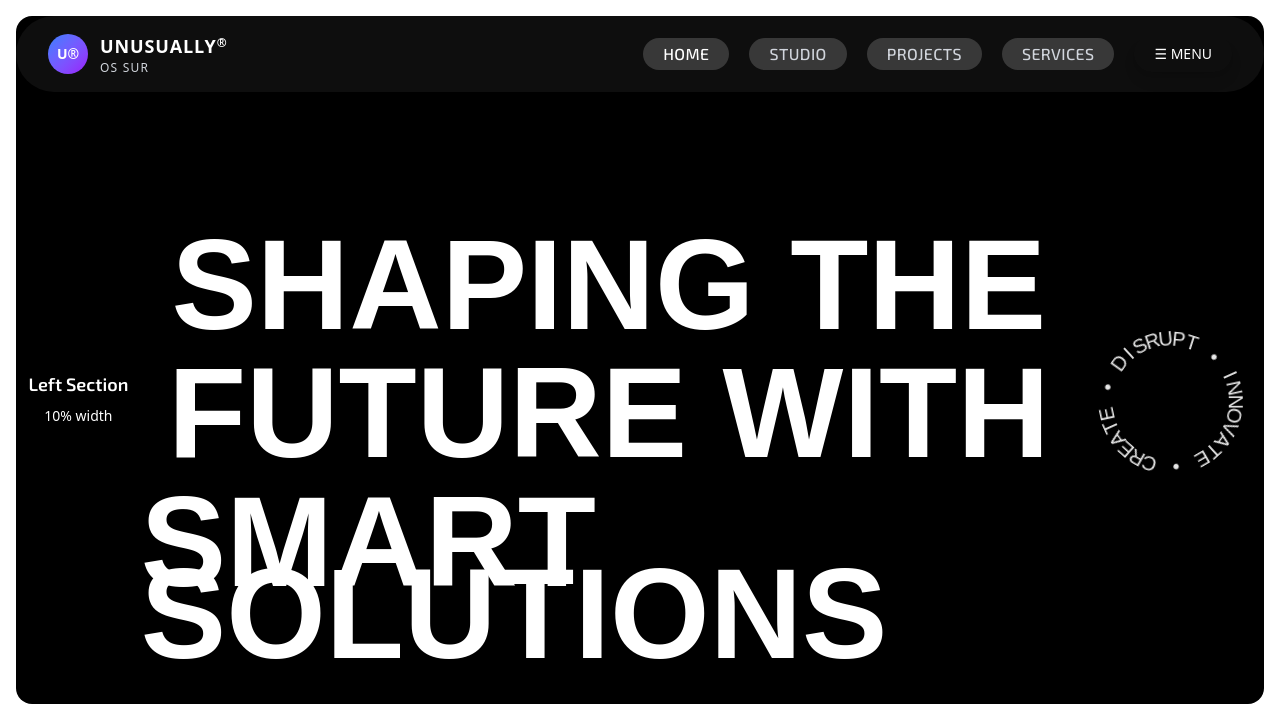
Repository: A-y-u-s-h-29/Digital-Express-India-With-Carrer-Page-And-RazorPay
Page: / (app in op/)
An editor plug-in stored every save of this project. The page is shown before and after a run of saves, followed by the edit.
The browser window is 1280 px wide. The pictures show the whole page.
Some web fonts or font styles are not loaded; a fallback is used. The project was rebuilt for these pictures with package versions that can differ from the ones it lists, and the page was loaded fresh each time. Also part of the build but not shown: op/vite.config.js.

Above is the page before, as saved 2025-12-04 15:29:52.

### op/index.html
<!doctype html>
<html lang="en">
  <head>
    <meta charset="UTF-8" />
    <link rel="icon" type="image/svg+xml" href="/vite.svg" />
    <meta name="viewport" content="width=device-width, initial-scale=1.0" />
    <link rel="preconnect" href="https://fonts.googleapis.com">
<link rel="preconnect" href="https://fonts.gstatic.com" crossorigin>
<link href="https://fonts.googleapis.com/css2?family=Alan+Sans:wght@300..900&family=Big+Shoulders:opsz,wght@10..72,100..900&family=Exo+2:ital,wght@0,100..900;1,100..900&family=Montserrat:ital,wght@0,100..900;1,100..900&family=Orbitron:wght@400..900&family=Poppins:ital,wght@0,100;0,200;0,300;0,400;0,500;0,600;0,700;0,800;0,900;1,100;1,200;1,300;1,400;1,500;1,600;1,700;1,800;1,900&family=Rajdhani:wght@300;400;500;600;700&display=swap" rel="stylesheet">
<link rel="preconnect" href="https://fonts.googleapis.com">
<link rel="preconnect" href="https://fonts.gstatic.com" crossorigin>
<link href="https://fonts.googleapis.com/css2?family=Alan+Sans:wght@300..900&family=Big+Shoulders:opsz,wght@10..72,100..900&family=Exo+2:ital,wght@0,100..900;1,100..900&family=Montserrat:ital,wght@0,100..900;1,100..900&family=Orbitron:wght@400..900&family=Poppins:ital,wght@0,100;0,200;0,300;0,400;0,500;0,600;0,700;0,800;0,900;1,100;1,200;1,300;1,400;1,500;1,600;1,700;1,800;1,900&family=Rajdhani:wght@300;400;500;600;700&display=swap" rel="stylesheet">
    <title>op</title>
  </head>
  <body>
    <div id="root"></div>
    <script type="module" src="/src/main.jsx"></script>
  </body>
</html>

### op/src/index.css
@import "tailwindcss";
*{
  box-sizing: border-box;
}
.big {
  font-family: "Big Shoulders", sans-serif;

  font-style: normal;
}
.exo {
  font-family: "Exo 2", sans-serif;

  font-style: normal;
}

### op/src/App.jsx
import React from 'react'
import Home from './components/Home'

function App() {
  return (
   <>
   <Home/>


   </>
  )
}

export default App

### op/src/components/Home.jsx
import React from "react";
import Navbar from "./Navbar";
import CircularText from "./CircularText";


function Home() {
  return (
    <div className="w-full max-h-screen lg:h-[120vh] lg:py-4 lg:px-4">
      <div className="rounded-b-4xl lg:rounded-2xl w-full h-full flex flex-col relative overflow-hidden bg-black">
        {/* Transparent Navbar */}
        <div className="relative z-20">
          <Navbar />
        </div>

        {/* Three Column Layout */}
        <div className="flex flex-1 relative z-10 text-white">
          {/* Left Column - 10% width */}
          <div className="w-[10%] flex items-center justify-center">
            <div className="text-white text-center">
              <p className="exo font-semibold text-lg">Left Section</p>
              <p className="text-sm mt-2">10% width</p>
            </div>
          </div>

          {/* Middle Column - 75% width */}
          <div className="w-[75%] flex flex-col justify-center items-center big">
            <div className="w-full h-full flex flex-col">
              {/* Top Row - 40% height */}
              <div className="h-[40%] flex items-end justify-center pb-4">
                <h1 className="text-5xl md:text-9xl leading-tight md:leading-[4.5rem] font-bold text-white drop-shadow-2xl">
                  SHAPING THE
                </h1>
              </div>

              {/* Middle Row - 30% height */}
              <div className="h-[25%] flex items-center justify-center">
                <h1 className="text-5xl md:text-9xl leading-tight lg:leading-[4.5rem] font-bold text-white drop-shadow-2xl">
                  FUTURE WITH
                </h1>
              </div>

              {/* Bottom Row - 30% height */}
              <div className="h-[35%] flex items-start justify-center pt-4">
                <h1 className="text-5xl md:text-9xl leading-tight lg:leading-[4.5rem] font-bold text-white drop-shadow-2xl">
                  SMART SOLUTIONS
                </h1>
              </div>
            </div>
          </div>

          {/* Right Column - 15% width */}
          <div className="w-[15%] flex flex-col justify-center  ">
            {/* Vertical Circular Text */}
            <div className="relative h-full  ">
              <CircularText
                text="INNOVATE • CREATE • DISRUPT • "
                spinDuration={30}
                onHover="speedUp"
                className="text-white/90  big font-light text-xs mt-55 "
              />



              {/* Scroll indicator */}

            </div>


          </div>
        </div>
      </div>
    </div>
  );
}

export default Home;

### op/src/components/Navbar.jsx
import React, { useState, useRef, useEffect } from 'react';
import { gsap } from 'gsap';

function Navbar({ isHomePage = false }) {
  const [isMenuOpen, setIsMenuOpen] = useState(false);
  const menuOverlayRef = useRef(null);
  const mobileMenuRef = useRef(null);

  // Menu items data for the menu overlay
  const menuOverlayItems = [
    { title: 'HOME', number: '01' },
    { title: 'ABOUT', number: '02' },
    { title: 'PROJECTS', number: '03' },
    { title: 'SERVICES', number: '04' },

  ];

  // Menu items for navbar links
  const navMenuItems = [
    { title: 'HOME', color: 'from-blue-500 to-cyan-400' },
    { title: 'STUDIO', color: 'from-purple-500 to-pink-500' },
    { title: 'PROJECTS', color: 'from-green-500 to-emerald-400' },
    { title: 'SERVICES', color: 'from-yellow-500 to-orange-500' },
    { title: 'ABOUT', color: 'from-red-500 to-rose-400' },
    { title: 'CONTACT', color: 'from-indigo-500 to-blue-400' },
  ];

  // Initialize menu as hidden
  useEffect(() => {
    if (menuOverlayRef.current) {
      menuOverlayRef.current.style.display = 'none';
    }
  }, []);

  const handleMenuClick = () => {
    const wasOpen = isMenuOpen;
    setIsMenuOpen(!wasOpen);

    if (!wasOpen) {
      // OPEN MENU ANIMATION - bottom-right से slide in
      if (menuOverlayRef.current) {
        menuOverlayRef.current.style.display = 'flex';

        // Get the menu container
        const menuContainer = menuOverlayRef.current.querySelector('.relative');

        if (menuContainer) {
          // Initial position - off screen bottom-right
          gsap.set(menuContainer, {
            x: '100%',
            y: '100%',
            opacity: 0,
            scale: 0.9,
            transformOrigin: 'bottom right'
          });

          // Animate to position
          gsap.to(menuContainer, {
            x: 0,
            y: 0,
            opacity: 1,
            scale: 1,
            duration: 0.8,
            ease: 'expo.out'
          });

          // Background fade in
          gsap.fromTo(menuOverlayRef.current,
            { opacity: 0 },
            { opacity: 1, duration: 0.4 }
          );

          // Menu items animation (from bottom)
          const menuItems = menuContainer.querySelectorAll('.menu-item');
          gsap.fromTo(menuItems,
            {
              opacity: 0,
              y: 40
            },
            {
              opacity: 1,
              y: 0,
              duration: 0.6,
              stagger: 0.1,
              delay: 0.3,
              ease: 'power3.out'
            }
          );

          // Close button animation
          const closeBtn = menuContainer.querySelector('.close-btn');
          if (closeBtn) {
            gsap.fromTo(closeBtn,
              { opacity: 0, rotation: -45 },
              { opacity: 1, rotation: 0, duration: 0.5, delay: 0.8 }
            );
          }
        }
      }

      // Mobile menu animation
      if (mobileMenuRef.current) {
        gsap.fromTo(
          mobileMenuRef.current,
          { height: 0, opacity: 0 },
          { height: 'auto', opacity: 1, duration: 0.4 }
        );
      }
    } else {
      // CLOSE MENU ANIMATION - bottom-right को slide out
      if (menuOverlayRef.current) {
        const menuContainer = menuOverlayRef.current.querySelector('.relative');

        if (menuContainer) {
          // Menu items exit
          const menuItems = menuContainer.querySelectorAll('.menu-item');
          gsap.to(menuItems,
            {
              opacity: 0,
              y: 20,
              duration: 0.3,
              stagger: 0.05,
              ease: 'power2.in'
            }
          );

          // Close button exit
          const closeBtn = menuContainer.querySelector('.close-btn');
          if (closeBtn) {
            gsap.to(closeBtn, {
              opacity: 0,
              rotation: 45,
              duration: 0.3
            });
          }

          // Menu container slide out to bottom-right
          gsap.to(menuContainer, {
            x: '100%',
            y: '100%',
            opacity: 0,
            scale: 0.9,
            duration: 0.6,
            ease: 'expo.in',
            onComplete: () => {
              if (menuOverlayRef.current) {
                menuOverlayRef.current.style.display = 'none';
              }
            }
          });

          // Background fade out
          gsap.to(menuOverlayRef.current, {
            opacity: 0,
            duration: 0.4
          });
        }
      }

      // Mobile menu exit animation
      if (mobileMenuRef.current) {
        gsap.to(mobileMenuRef.current, {
          height: 0,
          opacity: 0,
          duration: 0.3
        });
      }
    }
  };

  return (
    <>
      {/* Main Navbar */}
      <nav
        className={`w-full px-6 py-4 lg:px-8 lg:py-4 ${isHomePage ? 'bg-transparent' : 'bg-[#0E0E0E]'} rounded-full relative z-50`}
      >
        <div className="flex items-center justify-between">
          {/* Logo/Brand Section */}
          <div className="flex items-center">
            <div className="w-10 h-10 rounded-full bg-gradient-to-br from-blue-500 to-purple-600 flex items-center justify-center mr-3">
              <span className="text-white font-bold text-sm">U®</span>
            </div>
            <div className="flex flex-col">
              <span className="text-white font-bold text-lg tracking-wider">UNUSUALLY<sup className="text-xs">®</sup></span>
              <span className="text-gray-300 text-xs tracking-widest">OS SUR</span>
            </div>
          </div>

          <div className='flex items-center gap-5'>
            {/* Desktop Navigation Links */}
            <div className="hidden md:flex items-center space-x-5 exo text-md">
              {navMenuItems.slice(0, 4).map((item, index) => (
                <a
                  key={index}
                  href="#"
                  className={`text-gray-300 font-medium tracking-wide hover:text-white transition-colors duration-300 bg-[#383838] px-5 py-1 rounded-full ${item.title === 'HOME' ? 'text-white' : ''}`}
                >
                  {item.title}
                </a>
              ))}
            </div>

            {/* Menu Button */}
            <button
              onClick={handleMenuClick}
              className="px-5 py-2  text-white text-sm font-medium rounded-full hover:from-blue-700 hover:to-purple-700 transition-all duration-300 shadow-lg hover:shadow-xl relative z-50"
            >
              {isMenuOpen ? '✕ CLOSE' : '☰ MENU'}
            </button>

            {/* Mobile Menu Button (Hamburger) */}
            <button
              onClick={handleMenuClick}
              className="ml-4 md:hidden relative z-50"
            >
              <div className={`w-6 h-0.5 bg-white mb-1.5 transition-all duration-300 ${isMenuOpen ? 'rotate-45 translate-y-2' : ''}`}></div>
              <div className={`w-6 h-0.5 bg-white mb-1.5 transition-all duration-300 ${isMenuOpen ? 'opacity-0' : ''}`}></div>
              <div className={`w-6 h-0.5 bg-white transition-all duration-300 ${isMenuOpen ? '-rotate-45 -translate-y-2' : ''}`}></div>
            </button>
          </div>
        </div>

        {/* Mobile Menu Dropdown */}
        <div
          ref={mobileMenuRef}
          className="md:hidden mt-4 pt-4 border-t border-gray-800 overflow-hidden"
          style={{ height: '0px' }}
        >
          <div className="flex flex-col space-y-4">
            {navMenuItems.map((item, index) => (
              <a
                key={index}
                href="#"
                className={`text-gray-300 font-medium py-2 hover:text-white transition-colors ${item.title === 'HOME' ? 'text-white' : ''}`}
              >
                {item.title}
              </a>
            ))}
          </div>
        </div>
      </nav>

      {/* Fullscreen Menu Overlay */}
      <div
        ref={menuOverlayRef}
        className="fixed inset-0  z-40 hidden items-end justify-end px-4 rounded-2xl "
      >
        {/* Menu Container - Image के according simple design */}
        <div
          className="relative h-[70vh] w-[45vw] bg-white  rounded-4xl overflow-hidden shadow-2xl transform-gpu "
          style={{
            transformOrigin: 'bottom right'
          }}
        >
          {/* Simple Header with Brand */}
          <div className="absolute top-8 left-8">
            <div className="flex items-center space-x-3">

              <div>

              </div>
            </div>
          </div>



          {/* Main Content Area - Center aligned like image */}
          <div className="h-full flex flex-col justify-center items-center px-12 ">
            {/* Menu Items - Single Column, Large text like image */}
            <div className="w-full  space-y-2">
              {menuOverlayItems.map((item, index) => (
                <a
                  key={index}
                  href="#"
                  className="menu-item group relative block w-full"
                >
                  <div className="flex items-center justify-between">
                    {/* Title - Left side */}
                    <div className="relative overflow-hidden p-0.5">
                      <h3 className="text-black font-extrabold text-5xl lg:text-7xl  exo tracking-tight opacity-90  group-hover:opacity-100 transition-all duration-500">
                        {item.title}
                      </h3>
                      {/* Underline animation */}

                    </div>

                    {/* Number in parentheses - Right side */}
                    <div className="text-gray-500 text-3xl lg:text-4xl font-light group-hover:text-white transition-colors duration-500">
                      ({item.number})
                    </div>
                  </div>
                </a>
              ))}
            </div>


          </div>


        </div>
      </div>
    </>
  );
}

export default Navbar;

### op/src/components/CircularText.jsx
import React, { useEffect } from 'react';
import { motion, useAnimation, useMotionValue } from 'framer-motion';

const CircularText = ({
  text = 'Circular Text Animation • ',
  spinDuration = 20,
  onHover = 'speedUp',
  className = '',
}) => {
  const letters = Array.from(text);
  const controls = useAnimation();
  const rotation = useMotionValue(0);

  const getRotationTransition = (duration, from, loop = true) => ({
    from,
    to: from + 360,
    ease: 'linear',
    duration,
    type: 'tween',
    repeat: loop ? Infinity : 0,
  });

  const getTransition = (duration, from) => ({
    rotate: getRotationTransition(duration, from),
    scale: {
      type: 'spring',
      damping: 20,
      stiffness: 300,
    },
  });

  useEffect(() => {
    const start = rotation.get();
    controls.start({
      rotate: start + 360,
      scale: 1,
      transition: getTransition(spinDuration, start),
    });
  }, [spinDuration, text, onHover, controls, rotation]);

  const handleHoverStart = () => {
    const start = rotation.get();

    if (!onHover) return;

    let transitionConfig;
    let scaleVal = 1;

    switch (onHover) {
      case 'slowDown':
        transitionConfig = getTransition(spinDuration * 2, start);
        break;
      case 'speedUp':
        transitionConfig = getTransition(spinDuration / 4, start);
        break;
      case 'pause':
        transitionConfig = {
          rotate: { type: 'spring', damping: 20, stiffness: 300 },
          scale: { type: 'spring', damping: 20, stiffness: 300 },
        };
        break;
      case 'goBonkers':
        transitionConfig = getTransition(spinDuration / 20, start);
        scaleVal = 0.8;
        break;
      default:
        transitionConfig = getTransition(spinDuration, start);
    }

    controls.start({
      rotate: start + 360,
      scale: scaleVal,
      transition: transitionConfig,
    });
  };

  const handleHoverEnd = () => {
    const start = rotation.get();
    controls.start({
      rotate: start + 360,
      scale: 1,
      transition: getTransition(spinDuration, start),
    });
  };

  return (
    <div className="flex min-h-[400px] items-center justify-center rounded-lg">
      <motion.div
        className={`relative m-0 mx-auto h-[160px] w-[160px] origin-center cursor-pointer rounded-full text-center font-black text-white ${className}`}
        style={{ rotate: rotation }}
        initial={{ rotate: 0 }}
        animate={controls}
        onMouseEnter={handleHoverStart}
        onMouseLeave={handleHoverEnd}
      >
        {letters.map((letter, i) => {
          const rotationDeg = (360 / letters.length) * i;
          const factor = Math.PI / letters.length;
          const x = factor * i;
          const y = factor * i;
          const transform = `rotateZ(${rotationDeg}deg) translate3d(${x}px, ${y}px, 0)`;

          return (
            <span
              key={i}
              className="absolute  inset-0 inline-block text-xl transition-all duration-500 ease-out"
              style={{
                transform: transform,
                WebkitTransform: transform
              }}
            >

              {letter}
            </span>
          );
        })}

      </motion.div>
    </div>
  );
};

export default CircularText;

Loaded but not shown: op/src/main.jsx (common file)

After the next 2 saves:
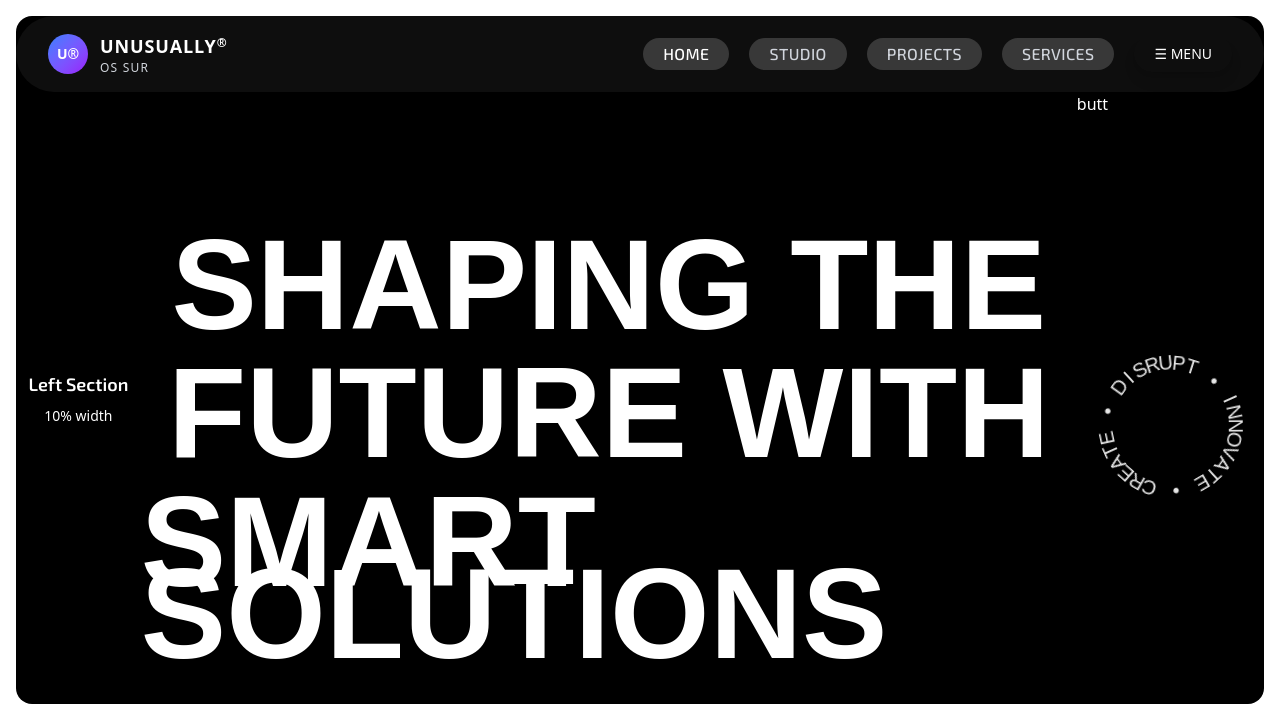
The 2 saves are shown as one change because they came seconds apart.
The last was saved 30 s later.
--- a/op/src/components/Home.jsx
+++ b/op/src/components/Home.jsx
@@ -52,6 +52,7 @@ function Home() {
           <div className="w-[15%] flex flex-col justify-center  ">
             {/* Vertical Circular Text */}
             <div className="relative h-full  ">
+              butt
               <CircularText
                 text="INNOVATE • CREATE • DISRUPT • "
                 spinDuration={30}
